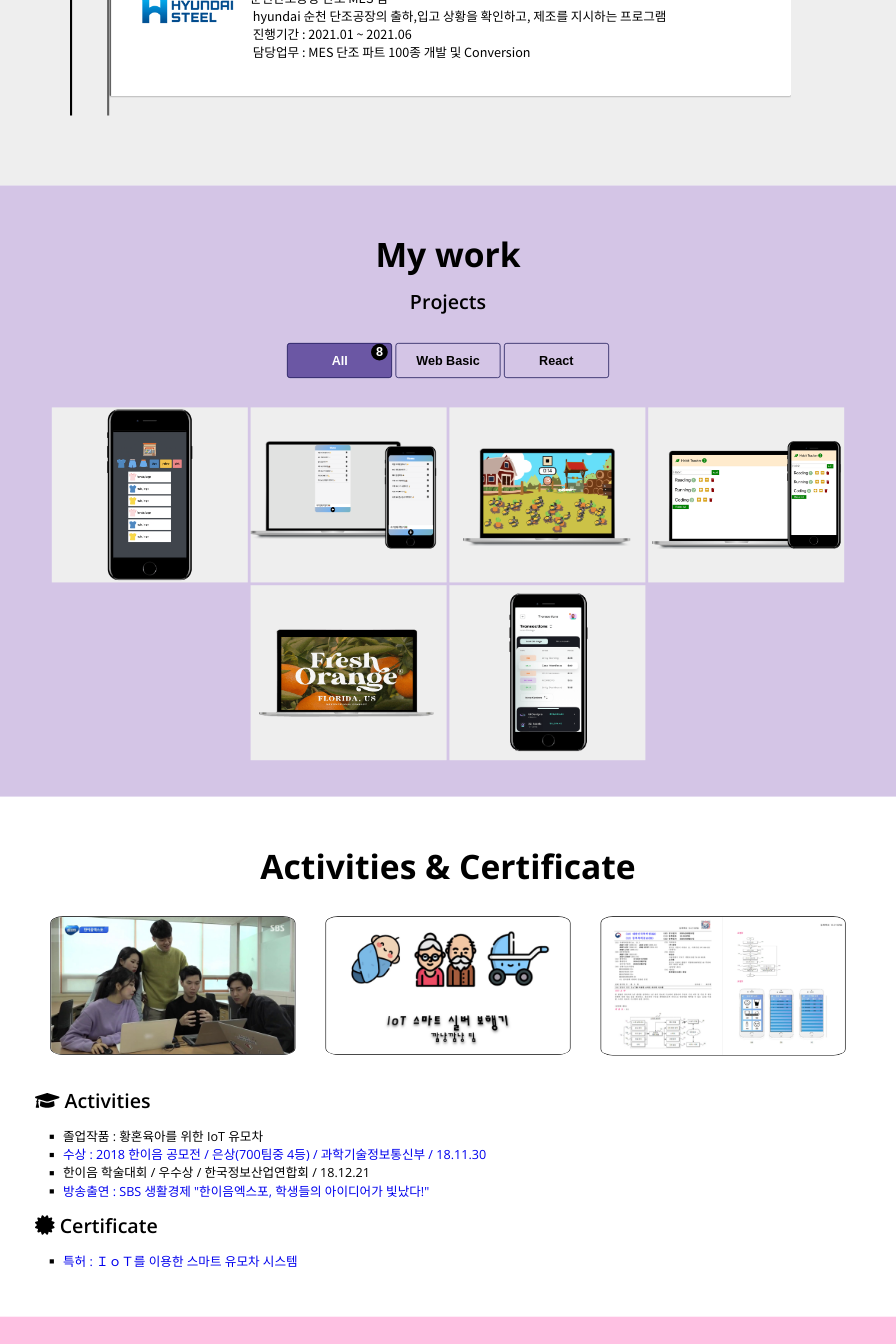
Repository: salangdung-i/portfolio
Page: index.html
These files come from the project's save history. The page is drawn as it stood at one moment and after the next save; the edit follows.
The browser window is 1280 px wide. The pictures show the part of the page from y = 3140 to 5060 px (the page is 5485 px tall), at 70% of full size.
Some web fonts or font styles are not loaded; a fallback is used. Some web libraries are served in a nearby version.

Above is the page before, as saved 2021-12-27 12:41:28.

After the next save:
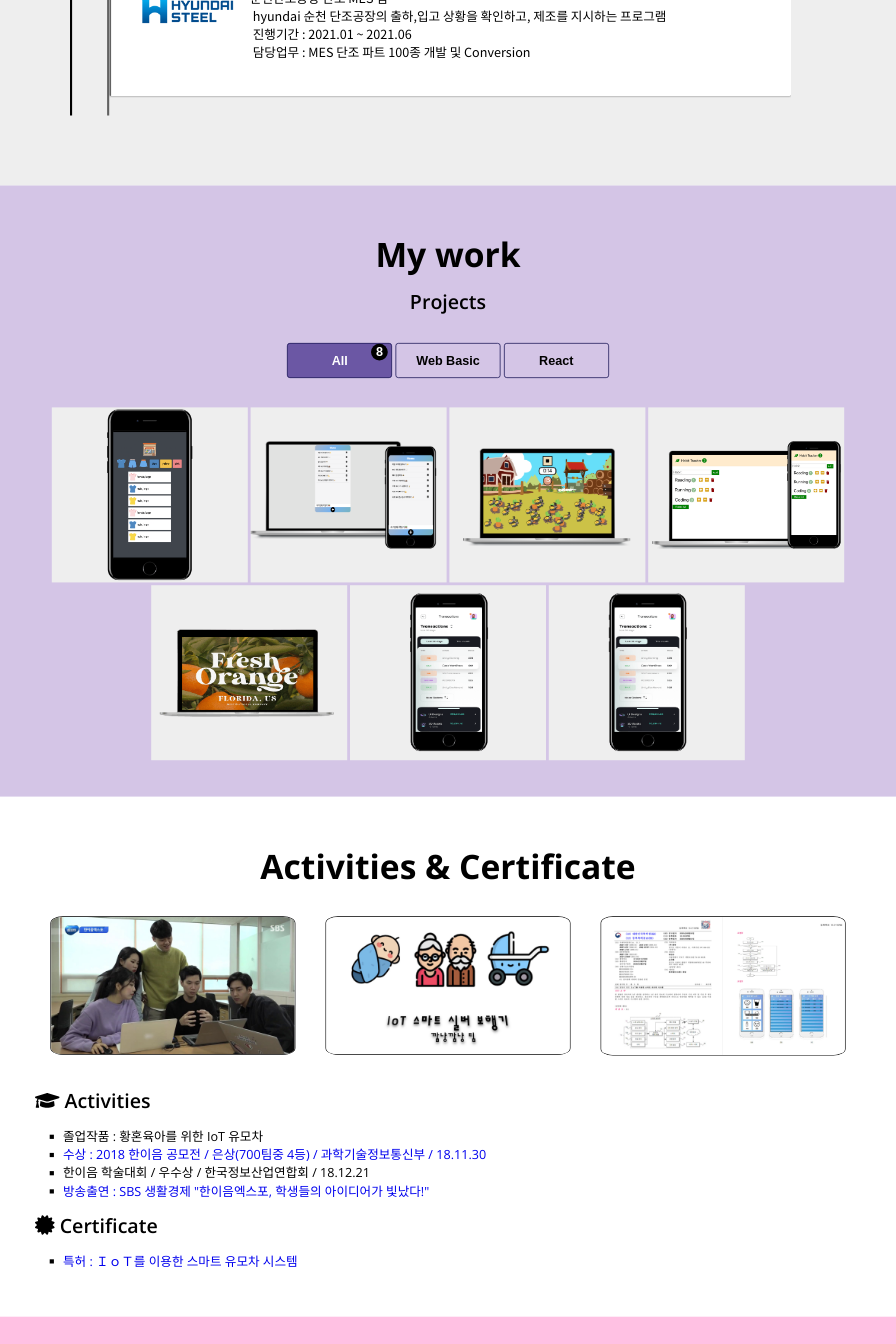
Saved 17 s later.
--- a/index.html
+++ b/index.html
@@ -252,6 +252,13 @@
             <span>Clone coding with HTML and CSS</span>
           </div>
         </a>
+        <a href="https://github.com/salangdung-i/business-card-marker" class="project" target="blank" data-type="react">
+          <img class="project__img" src="imgs/projects/project7.png" alt="Youtube">
+          <div class="project__description">
+            <h3>Business card marker</h3>
+            <span>Clone coding with HTML and CSS</span>
+          </div>
+        </a>
       </div>
     </div>
   </section>

After the 2 saves that followed:
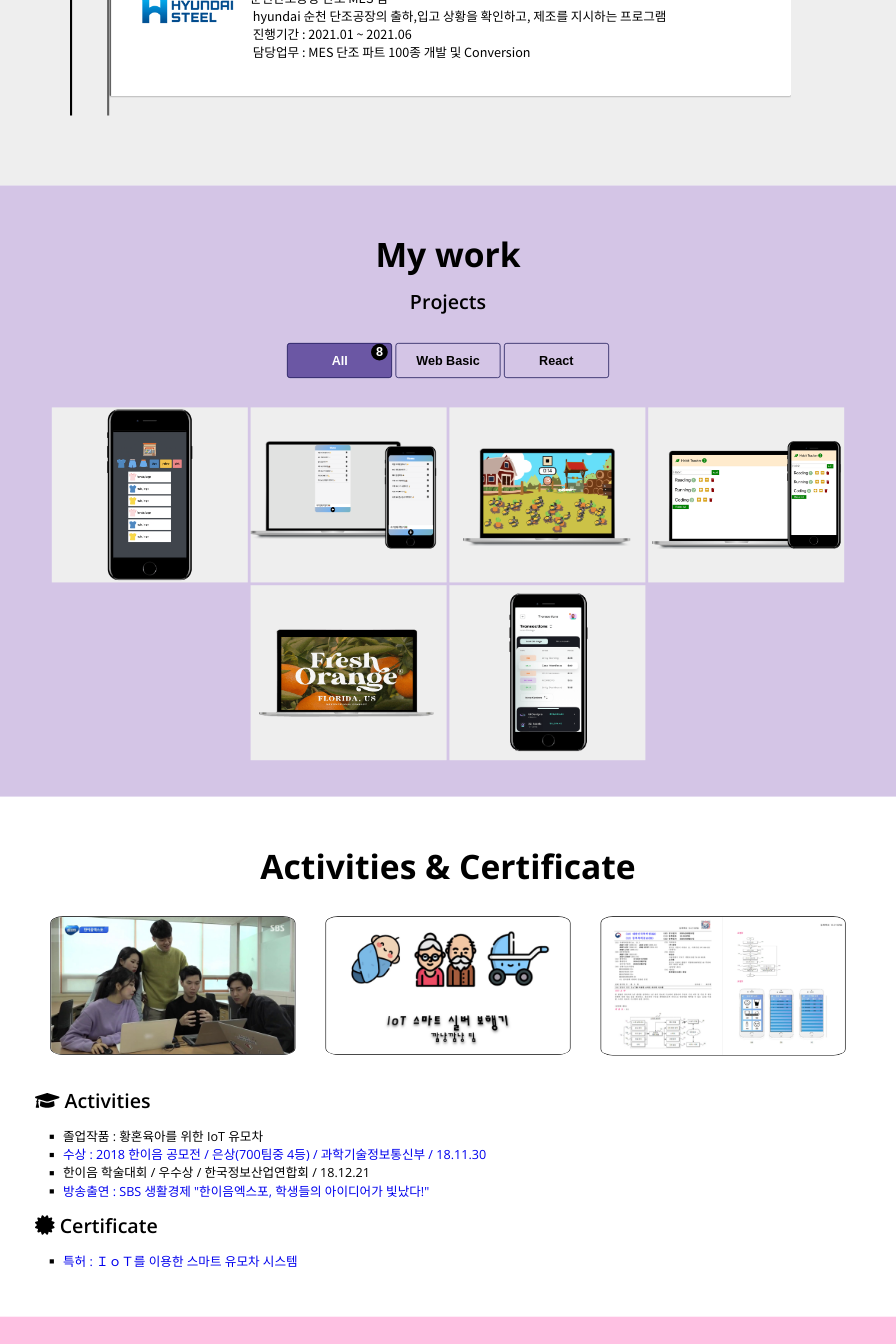
The 2 saves are shown as one change because 1 left the picture as it was.
The last was saved 2 min 4 s later.
--- a/index.html
+++ b/index.html
@@ -235,28 +235,21 @@
           <img class="project__img" src="imgs/projects/project-habit.png" alt="Youtube">
           <div class="project__description">
             <h3>Habit tracker</h3>
-            <span>Clone coding with HTML and CSS</span>
+            <span>Clone coding with React</span>
           </div>
         </a>
         <a href="https://github.com/salangdung-i/youtube" class="project" target="blank" data-type="react">
           <img class="project__img" src="imgs/projects/project6.png" alt="Youtube">
           <div class="project__description">
             <h3>Youtube</h3>
-            <span>Clone coding with HTML and CSS</span>
+            <span>Clone coding with React</span>
           </div>
         </a>
         <a href="https://github.com/salangdung-i/business-card-marker" class="project" target="blank" data-type="react">
           <img class="project__img" src="imgs/projects/project7.png" alt="Youtube">
           <div class="project__description">
             <h3>Business card marker</h3>
-            <span>Clone coding with HTML and CSS</span>
-          </div>
-        </a>
-        <a href="https://github.com/salangdung-i/business-card-marker" class="project" target="blank" data-type="react">
-          <img class="project__img" src="imgs/projects/project7.png" alt="Youtube">
-          <div class="project__description">
-            <h3>Business card marker</h3>
-            <span>Clone coding with HTML and CSS</span>
+            <span>Clone coding with React</span>
           </div>
         </a>
       </div>
